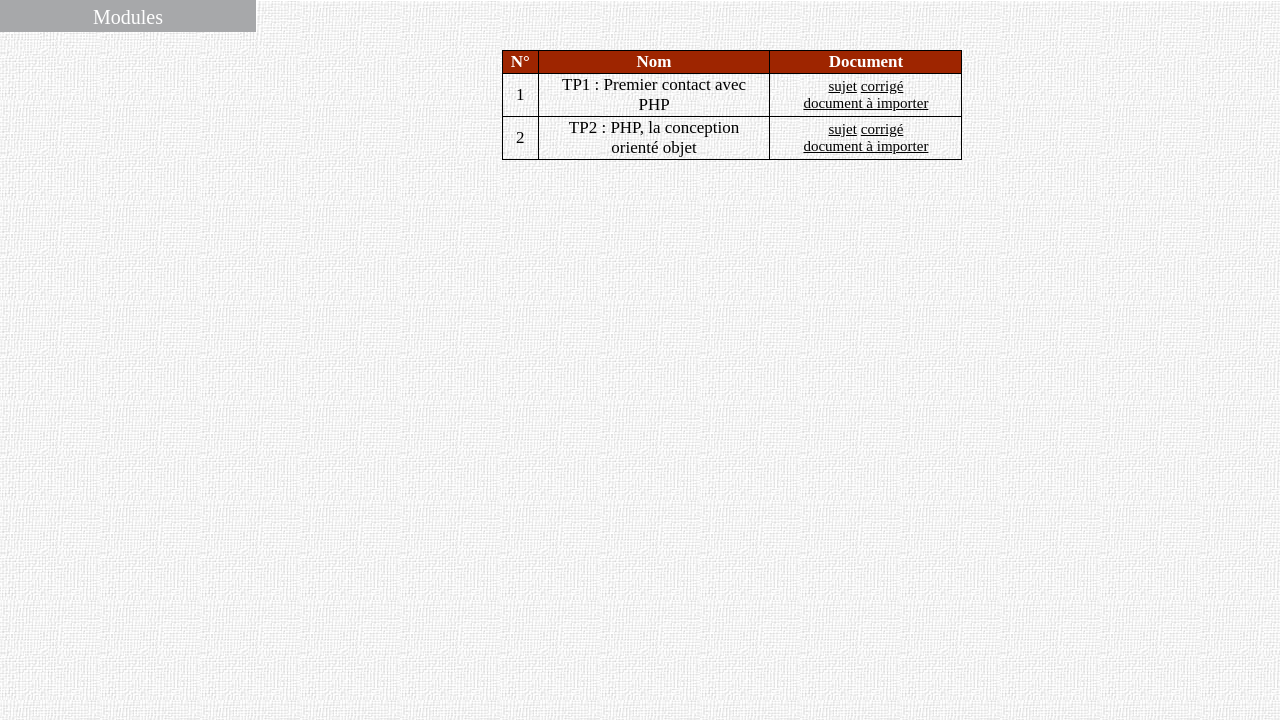
Repository: ValentinArg/PETUT
Page: http://localhost/PETUT/WEB-INF/jsp/eleve/forum.jsp
The author's editor kept a copy of each file at every save. The page is drawn from the files as they stood at one save, then again after the next save.
The browser window is 1280 px wide. The pictures show the whole page.
Some web libraries are served in a nearby version. The page is served by Tomcat 9. Nobody is signed in. The template is opened directly, without the code that normally fills it, so the values that code supplies are empty.

Above is the page before, as saved 2016-11-03 21:59:23.

After the next save:
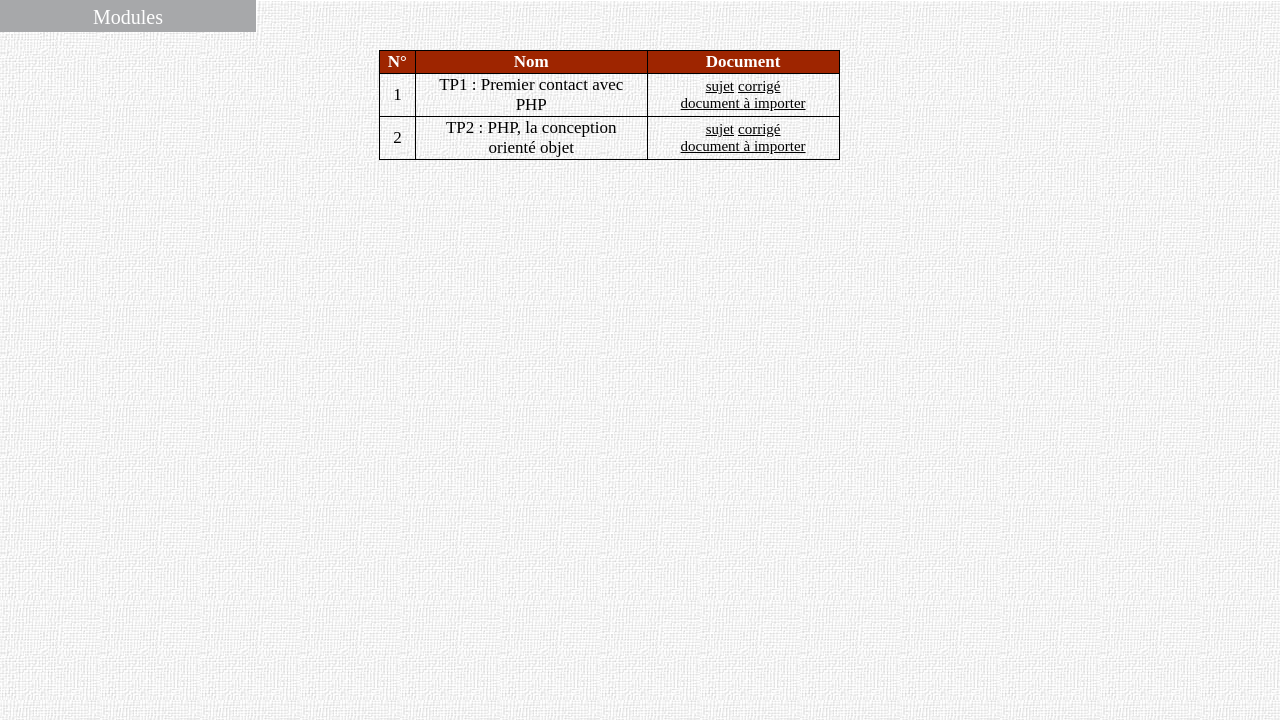
Saved 20 s later.
--- a/PETUT/WebContent/WEB-INF/jsp/eleve/forum.jsp
+++ b/PETUT/WebContent/WEB-INF/jsp/eleve/forum.jsp
@@ -182,7 +182,7 @@
 			$('.forum').hide();
 			var longueurDivTableau = ($(".tableau").width()*100);
 			var pourcentage = (longueurDivTableau/($(document).width()));
-			var resultat = ((100-pourcentage)/2);
+			var resultat = ((100-pourcentage)/2)/2;
 			alert(resultat);
 			var string = resultat+'%';
 			document.getElementById('tableauSujets').style.marginLeft = string;
